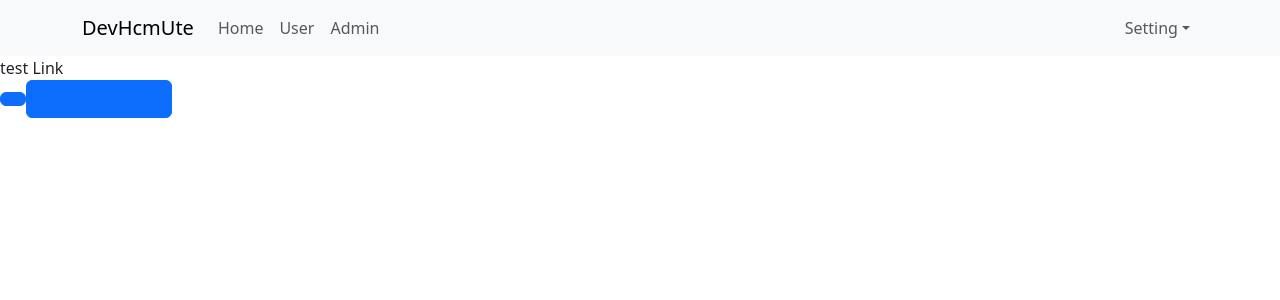
Repository: nnbxxx/React-Untimate
Page: /
The author's editor kept a copy of each file at every save. The page is drawn from the files as they stood at one save, then again after the next save.
The browser window is 1280 px wide. The pictures show the whole page.
The project was rebuilt for these pictures with package versions that can differ from the ones it lists, and the page was loaded fresh each time.

Above is the page before, as saved 2023-04-11 16:20:54.

### src/index.js
import React from "react";
import ReactDOM from "react-dom/client";
import App from "./App";
import reportWebVitals from "./reportWebVitals";
import { Provider } from "react-redux";
import store from "./redux/store";
import "bootstrap/dist/css/bootstrap.min.css";
import {
  createBrowserRouter,
  RouterProvider,
  BrowserRouter,
} from "react-router-dom";
const root = ReactDOM.createRoot(document.getElementById("root"));
root.render(
  <Provider store={store}>
    {/* <React.StrictMode> */}
    <BrowserRouter>
      <App />
    </BrowserRouter>

    {/* </React.StrictMode> */}
  </Provider>
);

// If you want to start measuring performance in your app, pass a function
// to log results (for example: reportWebVitals(console.log))
// or send to an analytics endpoint. Learn more: https://bit.ly/CRA-vitals
reportWebVitals();

### src/App.js
import { Button } from "react-bootstrap";
import "./App.scss";
import Header from "./components/Header/Header";
import { Link } from "react-router-dom";

const App = () => {
  return (
    <div className='app-container'>
      <Header />
      <div>
        test Link
        <div>
          <Button className='btn btn-primary'></Button>
          <Button className='btn btn-primary'>
            <Link to='./users'>Go to user page</Link>
          </Button>
        </div>
      </div>
    </div>
  );
};

export default App;

### src/App.scss
body {
  padding: 0;
  margin: 0;
  font-family: -apple-system, BlinkMacSystemFont, "Segoe UI", "Roboto", "Oxygen",
    "Ubuntu", "Cantarell", "Fira Sans", "Droid Sans", "Helvetica Neue",
    sans-serif;
  -webkit-font-smoothing: antialiased;
  -moz-osx-font-smoothing: grayscale;
}

### src/components/Header/Header.js
import Container from "react-bootstrap/Container";
import Nav from "react-bootstrap/Nav";
import Navbar from "react-bootstrap/Navbar";
import NavDropdown from "react-bootstrap/NavDropdown";

const Header = () => {
  return (
    <Navbar bg='light' expand='lg'>
      <Container>
        <Navbar.Brand href='#home'>DevHcmUte</Navbar.Brand>
        <Navbar.Toggle aria-controls='basic-navbar-nav' />
        <Navbar.Collapse id='basic-navbar-nav'>
          <Nav className='me-auto'>
            <Nav.Link href='#home'>Home</Nav.Link>
            <Nav.Link href='#link'>User</Nav.Link>
            <Nav.Link href='#link'>Admin</Nav.Link>
          </Nav>
          <Nav>
            <NavDropdown title='Setting' id='basic-nav-dropdown'>
              <NavDropdown.Item href='#action/3.1'>Log in</NavDropdown.Item>
              <NavDropdown.Item href='#action/3.2'>Log out</NavDropdown.Item>
              <NavDropdown.Item href='#action/3.3'>Profile</NavDropdown.Item>
              <NavDropdown.Divider />
              <NavDropdown.Item href='#action/3.4'>
                Separated link
              </NavDropdown.Item>
            </NavDropdown>
          </Nav>
        </Navbar.Collapse>
      </Container>
    </Navbar>
  );
};

export default Header;

Loaded but not shown: public/index.html (common file); src/reportWebVitals.js (common file); src/redux/store.js (common file); src/redux/reducer/rootReducer.js (common file); src/redux/reducer/counterReducer.js (common file); src/redux/action/counterAction.js (common file)

After the next save:
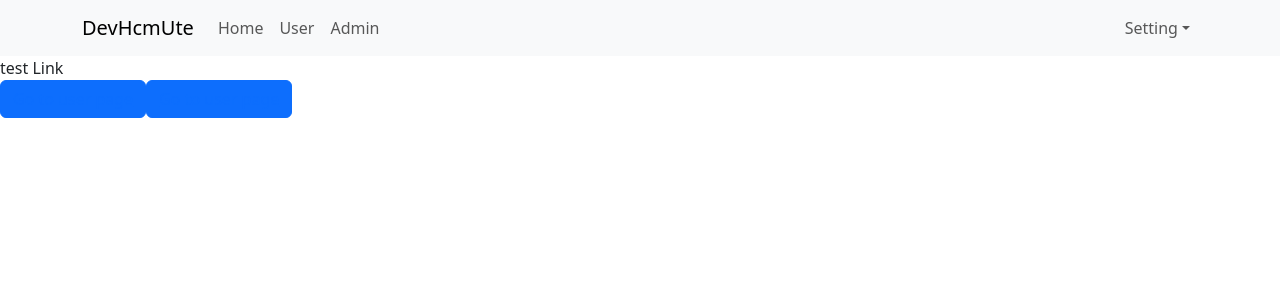
Saved 7 s later.
--- a/src/App.js
+++ b/src/App.js
@@ -10,7 +10,9 @@ const App = () => {
       <div>
         test Link
         <div>
-          <Button className='btn btn-primary'></Button>
+          <Button className='btn btn-primary'>
+            <Link to='./users'>Go to user page</Link>
+          </Button>
           <Button className='btn btn-primary'>
             <Link to='./users'>Go to user page</Link>
           </Button>
